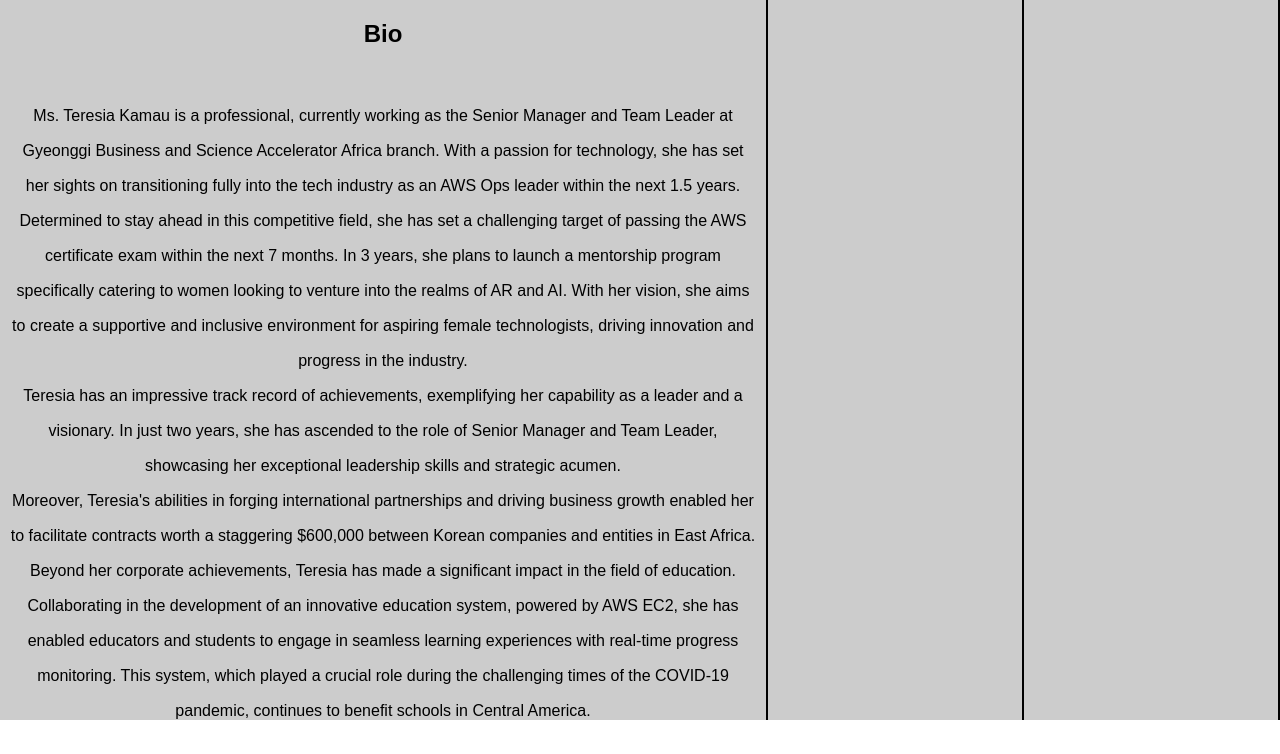
Repository: tessa5/developerPortfolio
Page: public/bio.html
These files come from the project's save history. The page is drawn as it stood at one moment and after a run of saves; the edit follows.
The browser window is 1280 px wide. The pictures show the whole page.

Above is the page before, as saved 2023-08-08 14:39:39.

### public/bio.html
<!DOCTYPE html>
<html lang="en">
<head>
    <meta charset="UTF-8">
    <meta name="viewport" content="width=device-width, initial-scale=1.0">
    <title>Document</title>
    <link rel="stylesheet" href="assets/styles/bio.css">
</head>
<body>
    <section>
        <ul>
            <li>
                <div class="bio">
                    <h2>Bio</h2>
                    <p>
                        Ms. Teresia Kamau is a professional, currently working as the Senior Manager and Team Leader at Gyeonggi Business and Science Accelerator Africa branch. With a passion for technology, she has set her sights on transitioning fully into the tech industry as an AWS Ops leader within the next 1.5 years. <br/>Determined to stay ahead in this competitive field, she has set a challenging target of passing the AWS certificate exam within the next 7 months.
In 3 years, she plans to launch a mentorship program specifically catering to women looking to venture into the realms of AR and AI. With her vision, she aims to create a supportive and inclusive environment for aspiring female technologists, driving innovation and progress in the industry.
<br/>Teresia has an impressive track record of achievements, exemplifying her capability as a leader and a visionary. In just two years, she has ascended to the role of Senior Manager and Team Leader, showcasing her exceptional leadership skills and strategic acumen. <br/>Moreover, Teresia's abilities in forging international partnerships and driving business growth enabled her to facilitate contracts worth a staggering $600,000 between Korean companies and entities in East Africa.
Beyond her corporate achievements, Teresia has made a significant impact in the field of education. Collaborating in the development of an innovative education system, powered by AWS EC2, she has enabled educators and students to engage in seamless learning experiences with real-time progress monitoring. This system, which played a crucial role during the challenging times of the COVID-19 pandemic, continues to benefit schools in Central America.

                    </p>
                </div>
            </li>
            <li></li>
            <li></li>
        </ul>

    </section>

</body>
</html>

### public/assets/styles/bio.css
body {
    margin: 0;
    padding:0;
    font-family: sans-serif;
}
ul {
    position: absolute;
    top: 0;
    left: 0;
    width: 100%;
    height:100vh;
    background: #ccc;
    margin:0;
    padding:0;
}
ul li {
    list-style:none;
    position:relative;
    width:33%;
    height:100%;
    border-right: 2px solid #000;
    float: left;
    box-sizing:border-box;
    transition: 0.5s;
    text-align: center;
}

ul:hover li {
    width: 20%
}

ul li:hover {
    width:60%
}

ul li .bio {
    position:absolute;
    bottom:
}
p {
    height:100%;
    line-height:35px;
    padding:10px;
    margin-top:5px;
    box-sizing: border-box;
    word-break: keep-all;
    padding-top:30px;
}

After the next 5 saves:
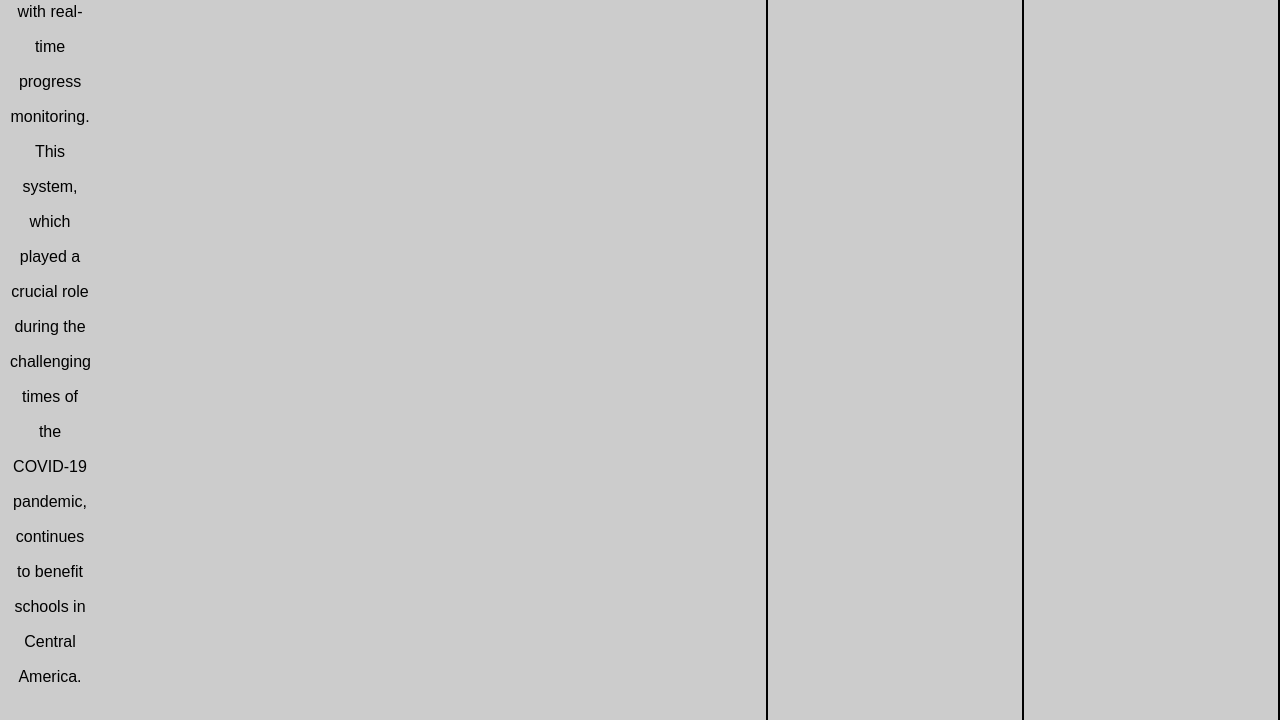
The 5 saves are shown as one change because they came seconds apart.
The last was saved 15 s later.
--- a/public/assets/styles/bio.css
+++ b/public/assets/styles/bio.css
@@ -35,7 +35,10 @@ ul li:hover {
 
 ul li .bio {
     position:absolute;
-    bottom:
+    bottom:0;
+    left:0;
+    width: 100px;
+
 }
 p {
     height:100%;
